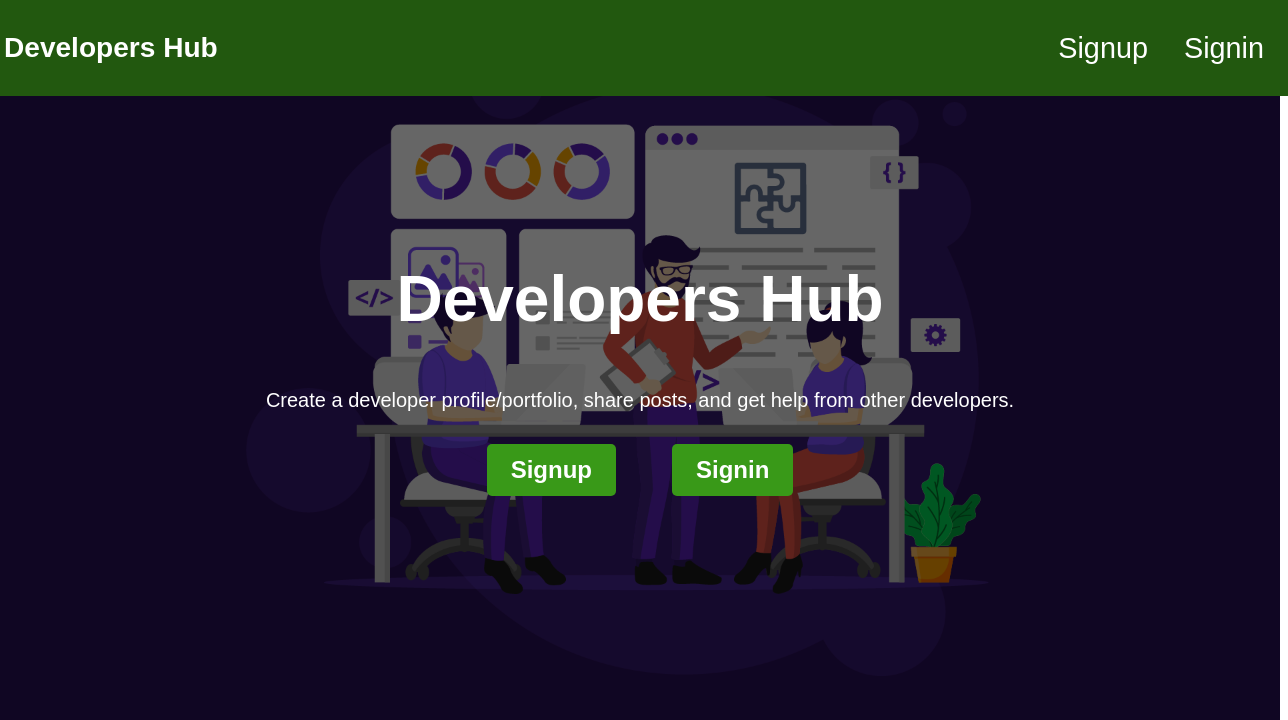
Repository: sayyad-mukthumsa-123/DevMania
Page: / (app in frontend/)
An editor plug-in stored every save of this project. The page is shown before and after the next save, followed by the edit.
The browser window is 1280 px wide. The page is 1288 px wide, so the pictures cover 1288 px, including what lies to the right of the window. The pictures show the whole page.
The project was rebuilt for these pictures with package versions that can differ from the ones it lists, and the page was loaded fresh each time. Also part of the build but not shown: frontend/src/pages/login.js, frontend/src/pages/register.js, frontend/src/pages/Allprofiles.js, frontend/src/pages/MyProfile.js, frontend/src/pages/Indprofile.js.

Above is the page before, as saved 2025-02-28 23:39:59.

### frontend/public/index.html
<!-- public/index.html -->
<!DOCTYPE html>
<html lang="en">
<head>
  <meta charset="UTF-8">
  <meta name="viewport" content="width=device-width, initial-scale=1.0">
  <title>Developers Hub</title>
  <link rel="stylesheet" href="https://cdnjs.cloudflare.com/ajax/libs/font-awesome/5.15.3/css/all.min.css">
</head>
<body>
  <div id="root"></div>
</body>
</html>

### frontend/src/App.js
import React from 'react'
import {BrowserRouter,Route,Routes} from 'react-router-dom'
import Home from './pages/Home'
import Login from './pages/login'
import Register from './pages/register'
import Allprofiles from './pages/Allprofiles'
import MyProfile from './pages/MyProfile'
import Indprofile from './pages/Indprofile'

const App = () => {
  return (
    <div>

      <BrowserRouter>
      <Routes>
        <Route path='/' exact Component={Home}/>
        <Route path='/login' exact Component={Login}/>
        <Route path='/register' exact Component={Register}/>
        <Route path='/allprofiles' exact Component={Allprofiles}/>
        <Route path='/myprofile' exact Component={MyProfile}/>
        <Route path='/indprofile/:fullname/:email/:skill/:id' exact Component={Indprofile}/>
      </Routes>
      </BrowserRouter>
    </div>
  )
}

export default App

### frontend/src/pages/Home.js
import React from 'react';
import { Link } from 'react-router-dom';
import '../styles/styles.css';  // Adjust the path based on your file structure
import Navbar from './Navbar';

const Home = () => {
  return (
    <>
      <section className='landing' >
        <div className='dark-overlay'>
        <Navbar />
          <div className='landing-inner'>

            <h1 className='x-large'>Developers Hub</h1>
            <p className='lead'>
              Create a developer profile/portfolio, share posts, and get help from other developers.
            </p>
            <div className='buttons'>
              <Link to="/register" className="btn btn-auth">Signup</Link>
              <Link to="/login" className="btn btn-auth">Signin</Link>
            </div>
          </div>
        </div>
      </section>
    </>
  );
}
export default Home;

### frontend/src/styles/styles.css
/* General reset */
body, html {
  margin: 0;
  padding: 0;
  font-family: Arial, sans-serif;
  width: 100%;
  min-height: 100vh;

}

/* Navbar styles */
.navbar {
  display: flex;
  justify-content: space-between;
  align-items: center;
  padding: 4px;
  font-size: x-large;
  background-color: #22580f
}

.navbar h1 a {
  color: #ffffff;
  text-decoration: none;
}

.navbar ul {
  list-style: none;
  display: flex;
  margin: 0;
  padding: 10px;
  font-size: larger;
}
.navbar ul li
{
  padding: 10px;
  transition: all 0.3s ease;
}
.navbar ul li:hover
{
  transform: scale(1.2);
}
.navbar ul li {
  margin-left: 1rem;
}

.navbar ul li a {
  color: #ffffff;
  text-decoration: none;
}

/* Landing page styles */
/* .landing {
  height: 100%;
  display: flex;
  align-items: center;
  justify-content: center;
  color: black;
  position: relative;
}

.dark-overlay {
  position: absolute;
  top: 0;
  left: 0;
  right: 0;
  bottom: 0;
}

.landing-inner {
  text-align: center;
  z-index: 2;
  position: relative;
}

.x-large {
  font-size: 4rem;
}

.lead {
  font-size: 1.5rem;
  margin-bottom: 2rem;
  color: black;
}

.buttons .btn ,.btn{
  margin: 3rem 2rem;
  padding: 0.75rem 1.25rem;
  border: none;
  border-radius: 5px;
  cursor: pointer;
  text-decoration: none;
  font-size: x-large;
  background-color:#399918 ;
  color: #ffffff;
}


.btn-auth {
  transition: all 0.3s ease;
}
.btn-auth:hover
{
  transform: scale(1.1);
} */

.landing {
  height: 100vh;
  display: flex;
  align-items: center;
  justify-content: center;
  color: white;
  position: relative;
  background: url('../images/home.png') no-repeat center center/cover;
  text-align: center;
  flex-direction: column;
}

.dark-overlay {
  position: absolute;
  top: 0;
  left: 0;
  right: 0;
  bottom: 0;
  background: rgba(0, 0, 0, 0.6); /* Adds a dark overlay for better text visibility */
  display: flex;
  flex-direction: column;
  justify-content: center;
  align-items: center;
}

.landing-inner {
  text-align: center;
  z-index: 2;
  position: relative;
  padding: 2rem;
  max-width: 800px;
}

.x-large {
  font-size: 4rem;
  font-weight: bold;
}

.lead {
  font-size: 1.5rem;
  margin-bottom: 2rem;
}

.buttons {
  display: flex;
  justify-content: center;
  gap: 1.5rem;
}

.btn, .btn-auth {
  margin: 1rem;
  padding: 0.75rem 1.5rem;
  border: none;
  border-radius: 8px;
  cursor: pointer;
  text-decoration: none;
  font-size: 1.25rem;
  font-weight: bold;
  background-color: #399918;
  color: #ffffff;
  transition: all 0.3s ease;
}

.btn-auth:hover {
  transform: scale(1.1);
  background-color: #2e7d12;
}

/* Ensure Navbar stays at the top */
.navbar {
  position: absolute;
  top: 0;
  left: 0;
  width: 100%;
  z-index: 3;
}


/* Container styles */
.container {
  width: 700px;
  margin: 2rem auto;
  padding: 2rem;
  border: 2px solid #399918;
  color: black;
  border-radius: 8px;
  position: relative; /* To ensure proper z-index handling */
  z-index: 1; /* Ensures the container is above any background effects */
}

/* Form styles */
.form {


  display: flex;
  flex-direction: column;
}

.form-group {
  margin-bottom: 1.5rem;
}

.form-group input {
  width: 50%;
  padding: 0.75rem;
  font-size: 1rem;
  border: 1px solid black;
  border-radius: 5px;
  transition: border-color 0.3s ease-in-out, box-shadow 0.3s ease-in-out;
}

.form-group input:focus {
  border-color: #f6f7f9;
  box-shadow: 0 0 8px rgba(0, 123, 255, 0.3);
  outline: none;
}

.btn {
  display: inline-block;
  padding: 0.75rem 1.5rem;
  border: none;
  border-radius: 5px;
  cursor: pointer;
  text-decoration: none;
  font-size: 1.5rem;
  text-align: center;
}

/* .btn-primary {
  background-color: #007bff;
  color: #ffffff;
}

.btn-primary:hover {
  background-color: #0056b3;
  opacity: 0.9;
} */

/* .text-primary {
  color: #f6f8fb;
} */

.large {
  font-size: 2rem;
  margin-bottom: 1rem;
}

.lead {
  font-size: 1.25rem;
  margin-bottom: 1rem;
}

.error {
  color: red;
  margin-top: 1rem;
}

p {
  margin-top: 1rem;
}
.link-auth{
  color:#399918;
  text-decoration: none;
  cursor: pointer;
  padding-left:10px ;
  transition: all 0.3s ease;
  display: inline-block;
  font-size: large;
}
.link-auth:hover
{
  transform: scale(1.3);
}
/* Profiles styles */
.profiles {
  display: flex;
  flex-direction: column;
  gap: 1rem;
}

.profile {
  background-color: #f4f4f4;
  padding: 1rem;
  display: flex;
  align-items: center;
  border: 1px solid #ccc;
  box-shadow: 0 4px 8px rgba(0, 0, 0, 0.1);
  border-radius: 5px;
  margin-bottom: 1rem;
}

.profile .round-img {
  width: 100px;
  border-radius: 50%;
  margin-right: 1rem;
}

.profile-info {
  flex: 1;
}

.profile-info h2 {
  margin: 0 0 0.5rem 0;
}

.profile-info p {
  margin: 0.5rem 0;
}

.profile-info .btn {
  display: inline-block;
  background-color:#399918;
  color: #fff;
  padding: 0.5rem 1rem;
  text-decoration: none;
  border-radius: 0.25rem;
  margin-top: 0.5rem;
  transition: all 0.3s ease;
}

.profile-info .btn:hover {
  transform: scale(1.1);
  background-color:#399918;
}

.profile-skills {
  list-style: none;
  padding: 0;
  display: flex;
  flex-direction: column;
  gap: 0.5rem;
  margin-left: 1rem;
  color: black;
}

.profile-skills li {
  display: flex;
  align-items: center;
  color:greenyellow;
}

.profile-skills li i {
  margin-right: 0.5rem;
}

/* GitHub Section */
.profile-github {
  margin-top: 1rem;
}

.profile-github h2 {
  margin-bottom: 1rem;
}

.repo {
  background: #fff;
  padding: 1rem;
  margin-bottom: 1rem;
  border: 1px solid #ccc;
}

.repo h4 {
  margin: 0.5rem 0;
}

.repo p {
  margin: 0.5rem 0;
}

/* Form */
.form {
  margin-top: 1rem;
}

.form-group {
  margin-bottom: 1rem;
}

.form-group input {
  width: 100%;
  padding: 0.5rem;
  border: 1px solid #ccc;
  border-radius: 0.25rem;
}

.form-group input:focus {
  border-color: #007bff;
  outline: none;
}

/* .btn-primary {
  background: #007bff;
  color: #fff;
  border: none;
  padding: 0.5rem 1rem;
  cursor: pointer;
}

.btn-primary:hover {
  background: #0056b3;
} */

/* Profile Grid */
.profile-grid {
  display: grid;
  grid-template-columns: 1fr;
  grid-gap: 1rem;
  margin-top: 1rem;
}

.profile-top {
  background: #0a0a0a;
  color: #fff;
  padding: 1rem;
  text-align: center;
}

.profile-top img {
  width: 150px;
  border-radius: 50%;
}

.profile-top h1 {
  margin: 0.5rem 0;
}

.profile-top p {
  margin: 0.5rem 0;
}
a{
  color:aqua
}
 .white-text {
  color: black;
}
 .skill-text {
  /* background-color: #5e585c16;  */
  color: #c51414;
  padding: 10px 15px;
  border-radius: 5px;
  display: flex;
  align-items: center;
  font-size: 16px;
  margin-top: 2px;
  /* box-shadow: 0 2px 4px rgba(0, 0, 0, 0.1);  */
}


.skill-text i {
  color: #28a745;
  margin-right: 30px;
}
.taskprovider
{
  color:#28a745;
  text-decoration: none;
  font-size: xx-large;
}

### frontend/src/pages/Navbar.js
import React from 'react';
import { Link } from 'react-router-dom';
import '../styles/styles.css';
const Navbar = () => {
  return (
    <div>
        <nav className="navbar bg-dark">
        <h1>
          <Link to='/'> Developers Hub</Link>
        </h1>
        <ul>
          <li><Link to="/register">Signup</Link></li>
          <li><Link to="/login">Signin</Link></li>
        </ul>
      </nav>
    </div>
  )
}

export default Navbar

Loaded but not shown: frontend/src/index.js (common file); frontend/src/index.css (common file); frontend/src/reportWebVitals.js (common file)

After the next save:
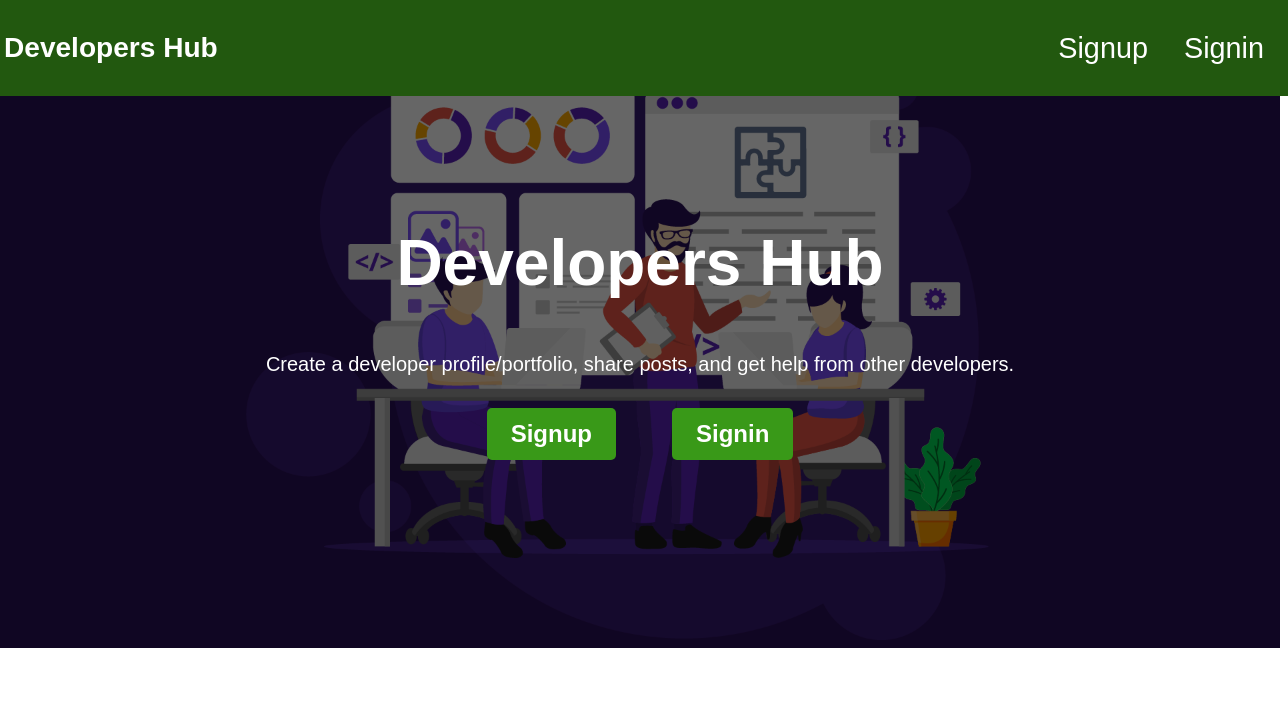
Saved 19 s later.
--- a/frontend/src/styles/styles.css
+++ b/frontend/src/styles/styles.css
@@ -104,7 +104,7 @@ body, html {
 } */
 
 .landing {
-  height: 100vh;
+  height: 90vh;
   display: flex;
   align-items: center;
   justify-content: center;
